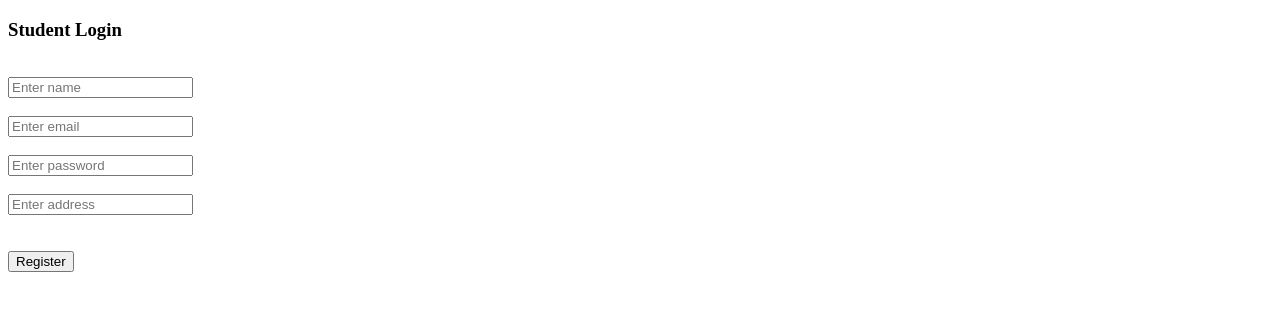
Repository: shubham71099/jdbc_mvc
Page: mvcjdbcexam/src/main/webapp/login.html
The author's editor kept a copy of each file at every save. The page is drawn from the files as they stood at one save, then again after a run of saves.
The browser window is 1280 px wide. The pictures show the whole page.

Above is the page before, as saved 2024-06-02 09:28:28.

### mvcjdbcexam/src/main/webapp/login.html
<!DOCTYPE html>
<html>
<head>
<meta charset="ISO-8859-1">
<title>Register</title>
</head>
<body>
	<h3>Student Login </h3><br>
	<form action="login" method="post">
		<input type="text" name="name" placeholder="Enter name"><br><br>
		<input type="text" name="email" placeholder="Enter email"><br><br>
		<input type="password" name="password" placeholder="Enter password"><br><br>
		<input type="text" name="address" placeholder="Enter address"><br><br><br>
		<input type="submit" value="Register">

	</form>
</body>
</html>

After the next 2 saves:
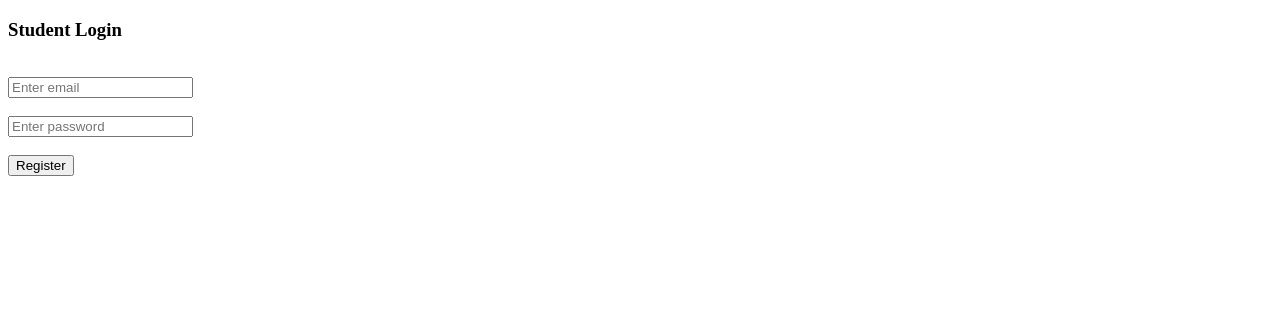
The 2 saves are shown as one change because they came seconds apart.
The last was saved 29 s later.
--- a/mvcjdbcexam/src/main/webapp/login.html
+++ b/mvcjdbcexam/src/main/webapp/login.html
@@ -7,10 +7,10 @@
 <body>
 	<h3>Student Login </h3><br>
 	<form action="login" method="post">
-		<input type="text" name="name" placeholder="Enter name"><br><br>
+
 		<input type="text" name="email" placeholder="Enter email"><br><br>
 		<input type="password" name="password" placeholder="Enter password"><br><br>
-		<input type="text" name="address" placeholder="Enter address"><br><br><br>
+
 		<input type="submit" value="Register">
 
 	</form>
